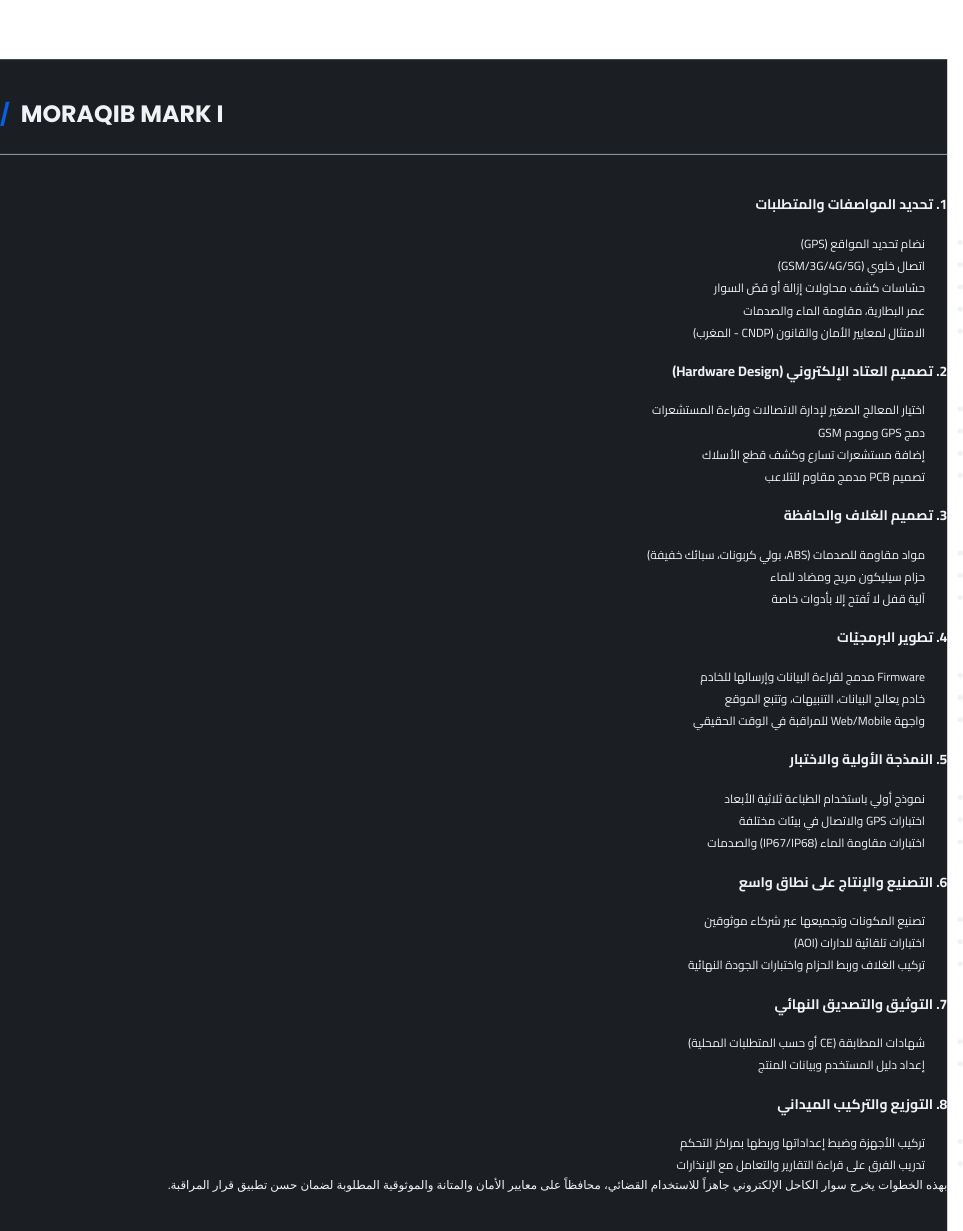
Repository: ayoubgharts/nextjs_protfolio
Page: /tutorials
An editor plug-in stored every save of this project. The page is shown before and after a run of saves, followed by the edit.
The browser window is 1280 px wide. The page is 1302 px wide, then 1280 px, so the pictures cover 1302 px, including what lies to the right of the window. The pictures show the whole page, at 74% of full size.
The project was rebuilt for these pictures with package versions that can differ from the ones it lists, and the page was loaded fresh each time. The framework's server and built-in components were replaced by stand-ins that run in the browser. Also part of the build but not shown: next.config.mjs.

Above is the page before, as saved 2025-06-01 00:39:50.

After the next 3 saves:
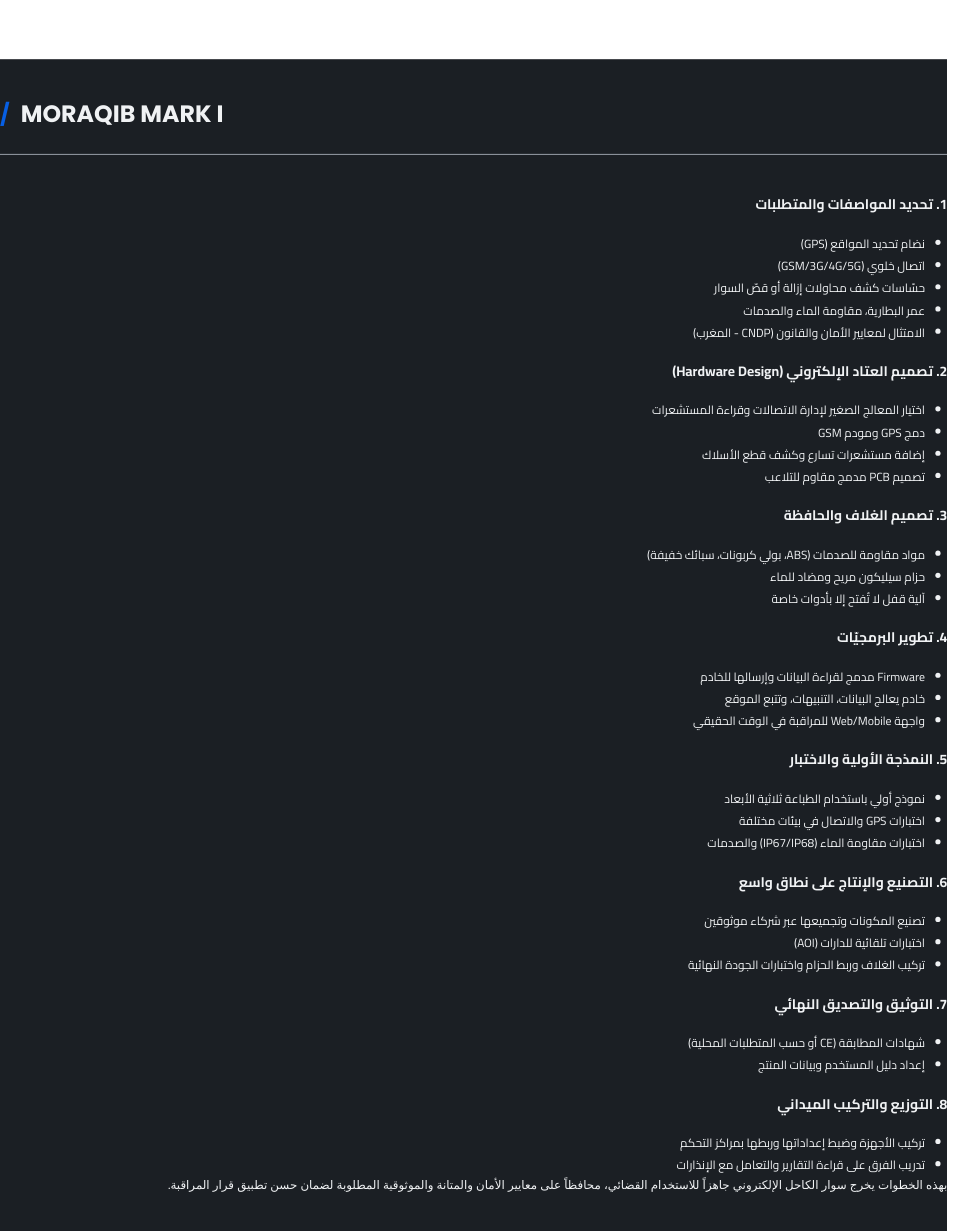
The 3 saves are shown as one change because they came seconds apart.
The last was saved 14 s later.
--- a/src/app/tutorials/tutorials.module.css
+++ b/src/app/tutorials/tutorials.module.css
@@ -41,5 +41,5 @@
 .project ul li{
     font-family: "Cairo";
     list-style-type: disc;
-    padding-right: 30px;
+    margin-right: 30px;
 }
